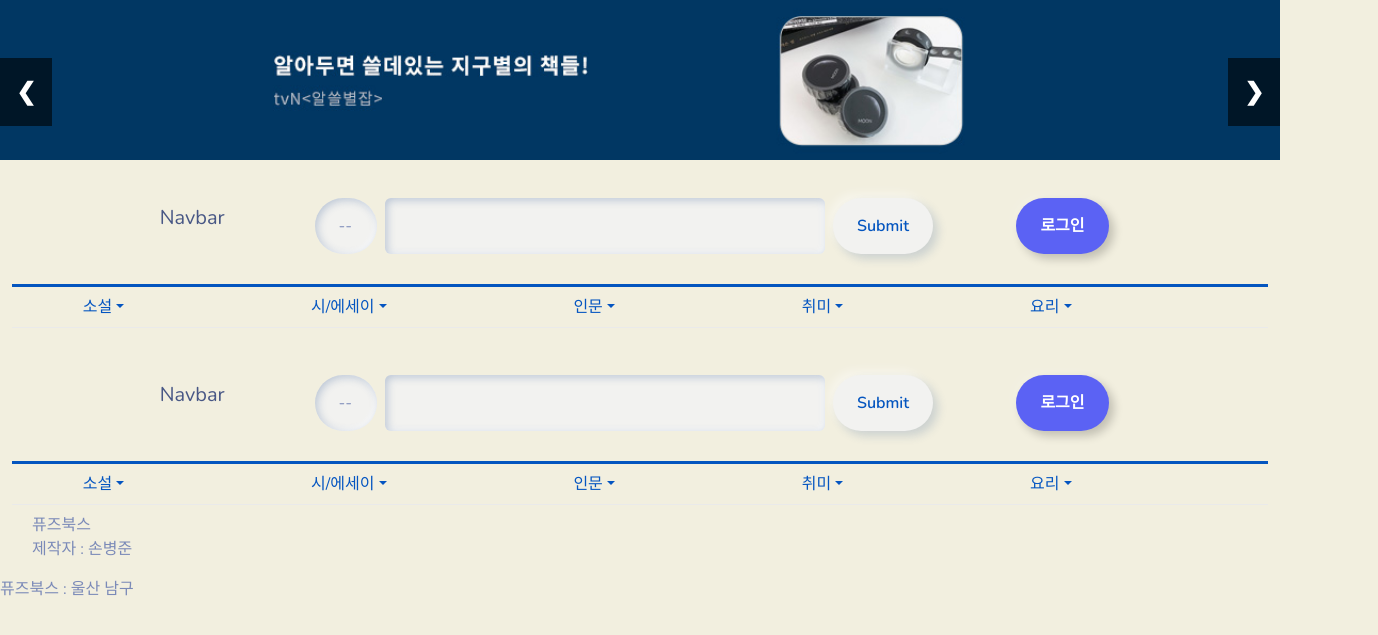
Repository: BusyGuy00/SpringworkspaceStudy
Page: http://localhost/a_manager/WEB-INF/views/product/list.jsp
The author's editor kept a copy of each file at every save. The page is drawn from the files as they stood at one save, then again after the next save.
The browser window is 1280 px wide. The page is 1378 px wide, so the pictures cover 1378 px, including what lies to the right of the window. The pictures show the whole page.
The page is served by Tomcat 9. Nobody is signed in. The template is opened directly, without the code that normally fills it, so the values that code supplies are empty.

Above is the page before, as saved 2023-09-08 00:37:14.

After the next save:
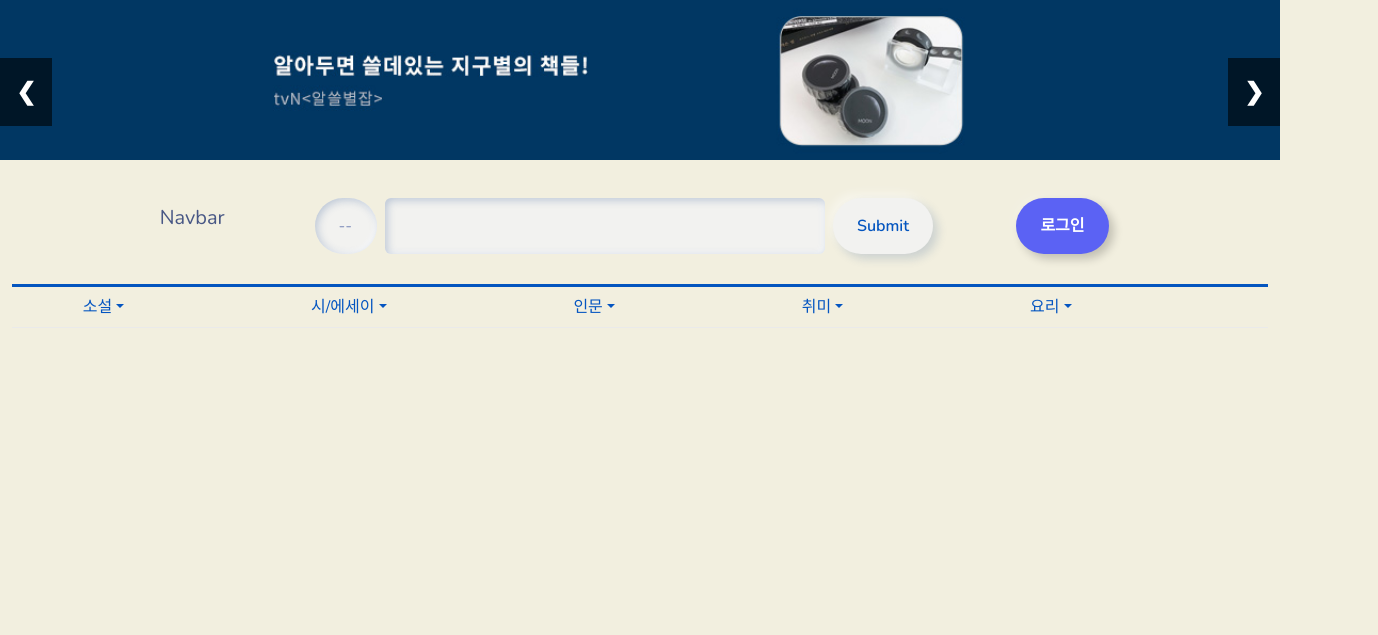
Saved 19 s later.
--- a/a_manager/src/main/webapp/WEB-INF/views/product/list.jsp
+++ b/a_manager/src/main/webapp/WEB-INF/views/product/list.jsp
@@ -56,7 +56,7 @@
 	</form>
 
 </div>
-<%@ include file="../include/Footer.jsp" %>
+
 <script src="https://ajax.googleapis.com/ajax/libs/jquery/3.6.0/jquery.min.js"></script>
 <script>
 var slideIndex = 0;
